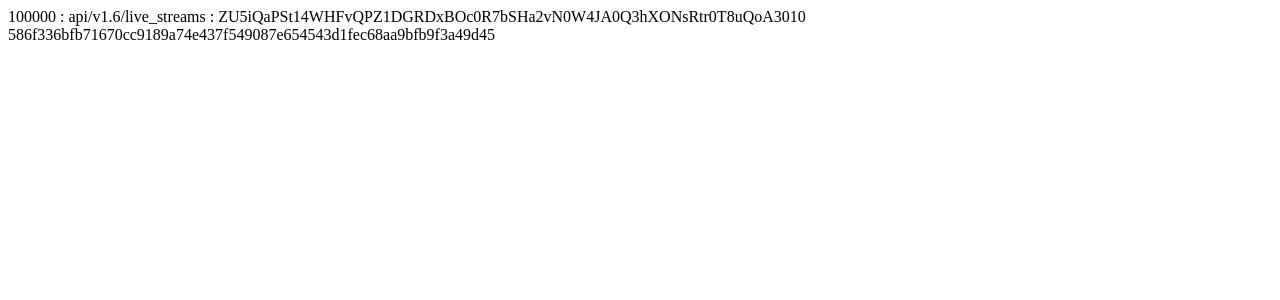
Repository: junhyeongShin/comunity_app
Page: http://localhost/Broadcast/curl copy.php
These files come from the project's save history. The page is drawn as it stood at one moment and after a run of saves; the edit follows.
The browser window is 1280 px wide. The pictures show the whole page.
The page is run by PHP 8.4 with error messages shown; the project is at /var/www/html/.

Above is the page before, as saved 2021-05-29 19:02:44.

### Broadcast/curl copy.php
<?php

$timestamp = 100000;
$path = "api/v1.6/live_streams";
$wscApiKey = "ZU5iQaPSt14WHFvQPZ1DGRDxBOc0R7bSHa2vN0W4JA0Q3hXONsRtr0T8uQoA3010";

$wscApiKey_hash = hash('sha256',$wscApiKey);

$hmacData = ($timestamp.' : '.$path.' : '.$wscApiKey);
echo $hmacData;
echo '<br>';

$hash_key = hash_hmac('sha256',$wscApiKey_hash,$hmacData,false);
echo $hash_key;
echo '<br>';


?>

After the next 2 saves:
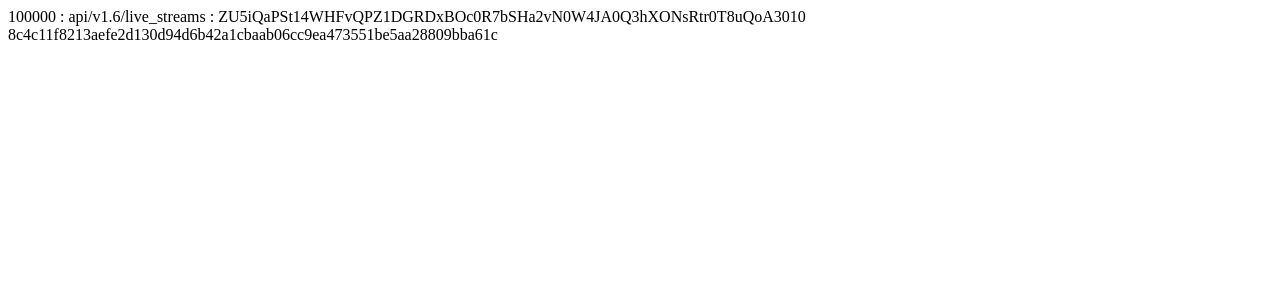
The 2 saves are shown as one change because they came seconds apart.
The last was saved 40 s later.
--- a/Broadcast/curl copy.php
+++ b/Broadcast/curl copy.php
@@ -10,7 +10,7 @@ $hmacData = ($timestamp.' : '.$path.' : '.$wscApiKey);
 echo $hmacData;
 echo '<br>';
 
-$hash_key = hash_hmac('sha256',$wscApiKey_hash,$hmacData,false);
+$hash_key = hash_hmac('sha256',$hmacData,$wscApiKey,false);
 echo $hash_key;
 echo '<br>';
 
